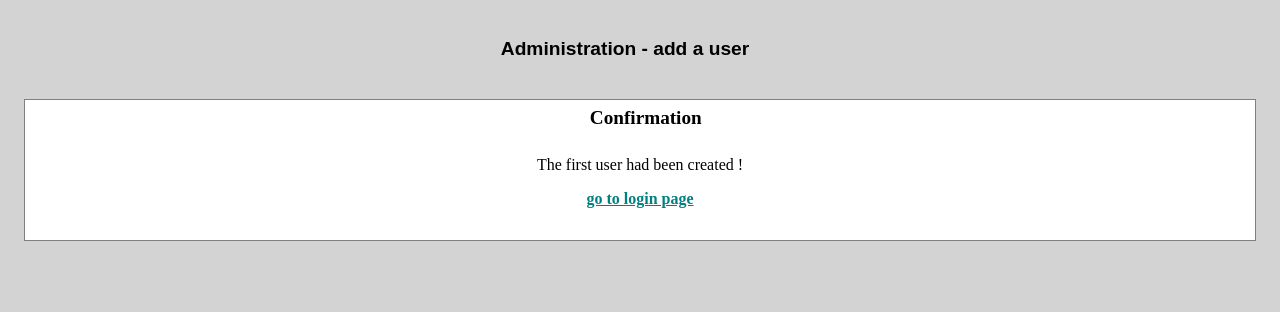
Repository: adrien2riviere/articles_application
Page: http://localhost/admin/admconf
The author's editor kept a copy of each file at every save. The page is drawn from the files as they stood at one save, then again after the next save.
The browser window is 1280 px wide. The pictures show the whole page.
The page is this project's Thymeleaf template; nobody is signed in. The template is opened directly, without the code that normally fills it, so the values that code supplies are empty.

Above is the page before, as saved 2025-10-19 10:29:33.

After the next save:
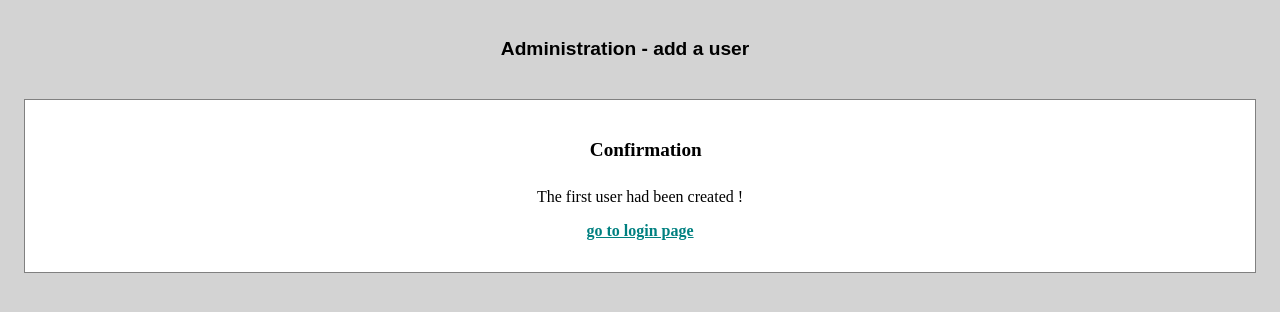
Saved 25 s later.
--- a/itemapp/itemapp/src/main/resources/static/css/admin/admconf.css
+++ b/itemapp/itemapp/src/main/resources/static/css/admin/admconf.css
@@ -51,6 +51,7 @@ select {
 #divform {
 	background-color:white;
 	text-align:center;
+	padding-top:2em;
 	padding-bottom:2em;
 	margin-top:2em;
 	margin-left:1em;
